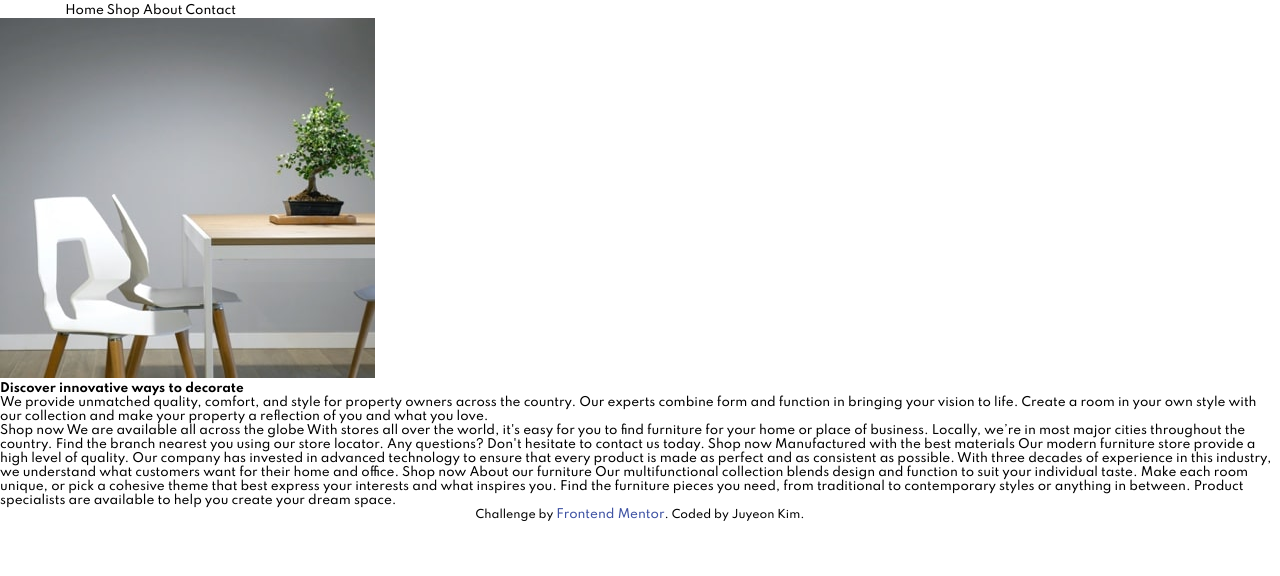
Repository: Jay-JYKim91/room-homepage-master
Page: index.html
These files come from the project's save history. The page is drawn as it stood at one moment and after the next save; the edit follows.
The browser window is 1280 px wide. The pictures show the whole page.

Above is the page before, as saved 2021-07-11 21:45:47.

After the next save:
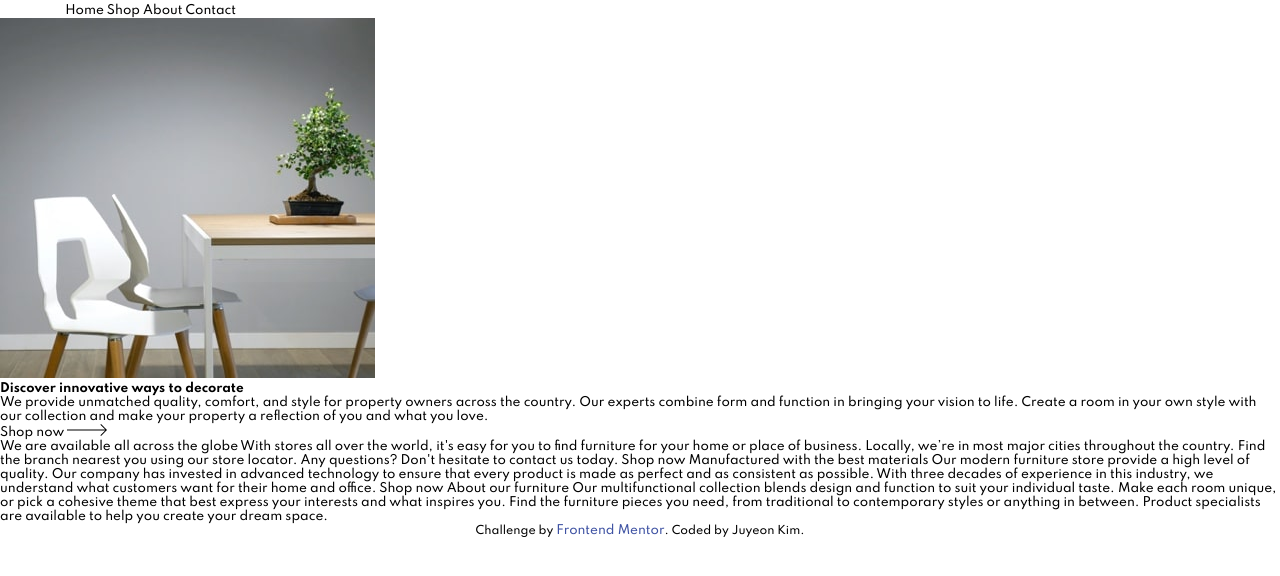
Saved 71 s later.
--- a/index.html
+++ b/index.html
@@ -31,6 +31,10 @@
           Our experts combine form and function in bringing your vision to life. Create a room in your
           own style with our collection and make your property a reflection of you and what you love.
         </p>
+        <a href="#">
+          Shop now
+          <img src="./images/icon-arrow.svg" alt="arrow">
+        </a>
       </div>
     </div>
     <div class="slide"></div>
@@ -41,7 +45,6 @@
 
 
 
-  Shop now
 
   We are available all across the globe
 
